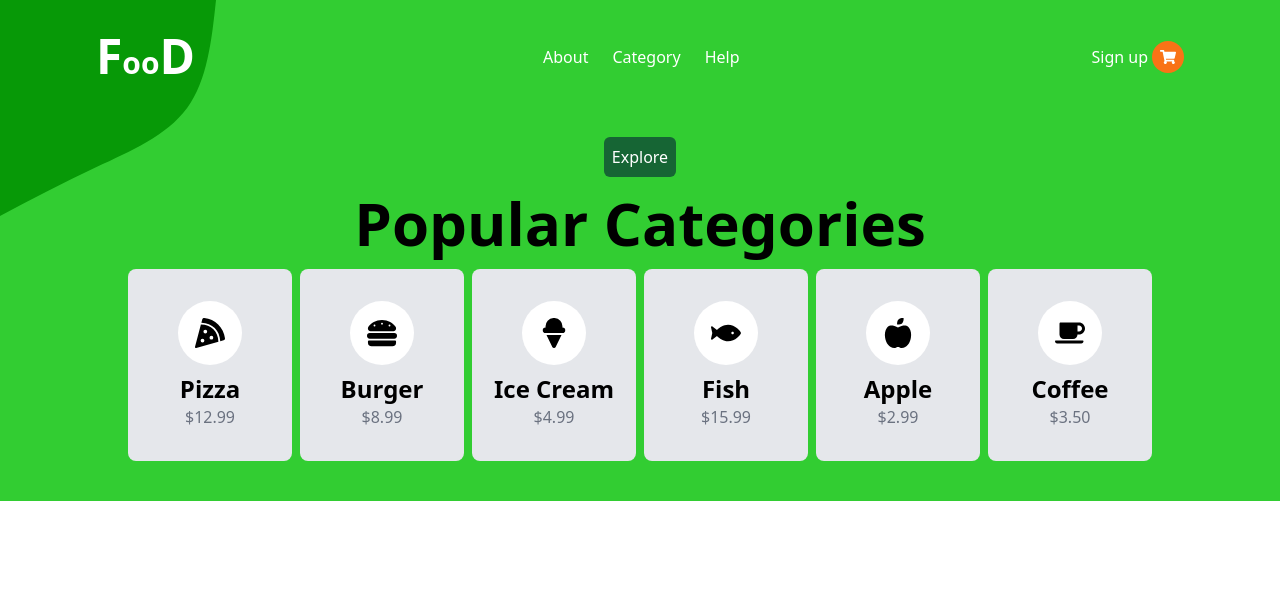
Repository: KhushiCode14/FoodWeb
Page: /category (app in frontend/)
An editor plug-in stored every save of this project. The page is shown before and after the next save, followed by the edit.
The browser window is 1280 px wide. The pictures show the whole page.
The project was rebuilt for these pictures with package versions that can differ from the ones it lists, and the page was loaded fresh each time. Also part of the build but not shown: frontend/src/Pages/Home.tsx, frontend/src/components/Home/SignUp.tsx, frontend/src/components/Home/SignIn.tsx, frontend/src/components/Home/Cart.tsx.

Above is the page before, as saved 2024-09-24 12:22:52.

### frontend/src/index.css
@tailwind base;
@tailwind components;
@tailwind utilities;

.bgBack{
  background-image: url(../src/components/images/background.svg);
}
.bgSignUp{
  background-image:url(../src/components/images/signUpBg.jpeg);
}
.SignUpShadow{
  box-shadow: rgba(0, 0, 0, 0.24) 0px 3px 8px;
}

### frontend/src/App.tsx
import { Route, BrowserRouter as Router, Routes, } from 'react-router-dom';
import './App.css';
import Navbar from './Pages/Navbar';
import Home from './Pages/Home';
import SignUp from './components/Home/SignUp';
import SignIn from './components/Home/SignIn';
import Cart from './components/Home/Cart';
import Category from './components/categories/Category';

function App() {
  return (
    <div className="App bgBack m-0 px-20 pt-2 max-sm:px-3 max-sm:pt-1">
      <Router>
        <Navbar />
        <Routes>
          <Route path="/" element={<Home />} />
          <Route path="/signUp" element={<SignUp />} />
          {/* Sign Up: This action is for new users who want to create an account. */}
          <Route path="/signIn" element={<SignIn />} />
          {/* Sign In: This action is for users who already have an account */}
          <Route path="/cart" element={<Cart />} />
         <Route  path="/category" element={<Category/>} />
          {/*<Route  path="/contact" element={Contact} /> */}
        </Routes>

      </Router>

    </div>
  );
}

export default App;

### frontend/src/Pages/Navbar.tsx
import { NavLink, Link } from "react-router-dom";
import { FaShoppingCart, FaCartPlus } from "react-icons/fa";
import { useState } from "react";
import { IoReorderThreeOutline } from "react-icons/io5";

interface Nav {
  to: string;
  linkName: string;
}

const Navbar: React.FC = () => {
  const [sign, setSign] = useState<string>('Sign up');
  const [menu, setMenu] = useState<boolean>(false);
  const [cart, setCart] = useState<JSX.Element>(<FaShoppingCart />);

  const navLinks: Nav[] = [
    { to: "/about", linkName: "About" },
    { to: "/category", linkName: "Category" },
    { to: "/help", linkName: "Help" },
  ];

  const handleSignToggle = () => {
    setSign((prev) => (prev === 'Sign up' ? 'Sign in' : 'Sign up'));
  };

  const handleCartToggle = () => {
    setCart((prevCart) =>
      prevCart.type === FaShoppingCart ? <FaCartPlus /> : <FaShoppingCart />
    );
  };

  return (
    <div className="mt-2 flex justify-between items-center text-white  p-4">
      <div className="font-bold text-3xl">
        <Link to="/">
          <span className="text-5xl">F</span>oo<span className="text-5xl">D</span>
        </Link>
      </div>

      {/* Desktop Menu */}
      <div className="hidden md:flex">
        {navLinks.map((link, index) => (
          <Link key={index} to={link.to} className="mx-3 hover:text-gray-400">
            {link.linkName}
          </Link>
        ))}
      </div>

      {/* Mobile Menu Button */}
      <div className="flex items-center relative">
        <button className="hidden md:block">
          <NavLink to="/signUp" onClick={handleSignToggle} className="m-1">
            {sign}
          </NavLink>
        </button>

        <div onClick={handleCartToggle} className="bg-orange-500 p-2 rounded-full cursor-pointer">
         <Link to="/cart"> {cart}</Link>
        </div>

        <div className="md:hidden flex items-center ml-3">
          <IoReorderThreeOutline onClick={() => setMenu(!menu)} className="text-2xl cursor-pointer" />
        </div>
      </div>

      {/* Mobile Dropdown Menu */}
      {menu && (
        <div className="md:hidden mt-2 absolute right-0 w-40 bg-orange-500  p-2 rounded-lg z-10 top-20">
          <ul className="flex flex-col">
            {navLinks.map((link, index) => (
              <li key={index} className="my-1">
                <Link to={link.to} className="block px-4 py-2 text-white text-1xl  hover:bg-orange-800 rounded">
                  {link.linkName}
                </Link>
              </li>
            ))}
          </ul>
        </div>
      )}
    </div>
  );
};

export default Navbar;

### frontend/src/components/categories/Category.tsx
import React from 'react'
import Card from './Card'

const Category = () => {
  return (
    <div className='flex flex-col p-10  gap-4 items-center justify-center'>
      <div className='flex-1 bg-green-800 text-white p-2 rounded-md'><button>Explore</button></div>
      <div className='flex-1 text-6xl font-bold' ><h1>Popular Categories</h1></div>
      {/* cards */}
      <div className='flex-1'>
       <Card/>
      </div>
    </div>
  )
}

export default Category

### frontend/src/components/categories/Card.tsx
import React from 'react'
import { FaPizzaSlice, FaHamburger, FaIceCream,  FaCoffee, FaAppleAlt, FaFish } from 'react-icons/fa';
interface FoodItem {
  id: number;
  name: string;
  price: number;
  icon: JSX.Element;
}
const foodItems: FoodItem[] = [
  {
    id: 1,
    name: 'Pizza',
    price: 12.99,
    icon: <FaPizzaSlice />,
  },
  {
    id: 2,
    name: 'Burger',
    price: 8.99,
    icon: <FaHamburger />,
  },
  {
    id: 3,
    name: 'Ice Cream',
    price: 4.99,
    icon: <FaIceCream />,
  }
  ,
  {
    id: 4,
    name: 'Fish',
    price: 15.99,
    icon: <FaFish />,
  },
  {
    id: 5,
    name: 'Apple',
    price: 2.99,
    icon: <FaAppleAlt />,
  },
  {
    id: 6,
    name: 'Coffee',
    price: 3.50,
    icon: <FaCoffee />,
  },
  // {
  //   id: 7,
  //   name: 'Hot Dog',
  //   price: 5.49,
  //   icon: <FaHotdog />,
  // },
  // {
  //   id: 8,
  //   name: 'Chicken Drumstick',
  //   price: 9.99,
  //   icon: <FaDrumstickBite />,
  // },
];

const Card: React.FC = () => {

  return (
    <div className=" flex gap-2 ">
      {foodItems.map((item) => (
      <div
      key={item.id}
      className="bg-gray-200 p-3 flex flex-col items-center justify-center w-[164px] h-48 rounded-lg"
    >
      <div className="icon rounded-full bg-white p-2 flex items-center justify-center w-16 h-16 text-3xl">
        {item.icon}
      </div>
      <h3 className="mt-2 text-center font-bold text-2xl">{item.name}</h3>
      <p className="text-center text-gray-500">${item.price.toFixed(2)}</p>
    </div>

      ))}
    </div>
  )
}

export default Card

### frontend/tailwind.config.js
/** @type {import('tailwindcss').Config} */
module.exports = {
  content: [
    "./src/**/*.{js,jsx,ts,tsx}",
  ],
  theme: {
    extend: {
      fontFamily: {
        'cursive': ['Pacifico', 'cursive']
      }
    },
  },
  plugins: [],
}

Loaded but not shown: frontend/public/index.html (common file); frontend/src/index.tsx (common file); frontend/src/reportWebVitals.ts (common file); frontend/src/App.css (no stored copy; drawn as an empty file)

After the next save:
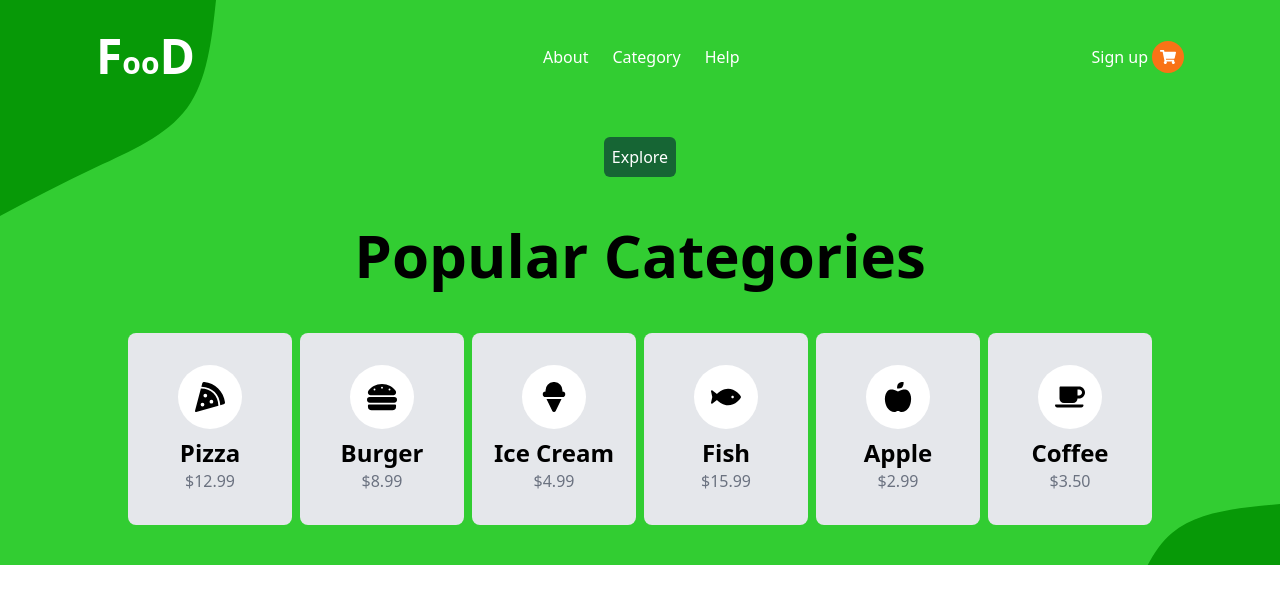
Saved 31 s later.
--- a/frontend/src/components/categories/Category.tsx
+++ b/frontend/src/components/categories/Category.tsx
@@ -5,7 +5,7 @@ const Category = () => {
   return (
     <div className='flex flex-col p-10  gap-4 items-center justify-center'>
       <div className='flex-1 bg-green-800 text-white p-2 rounded-md'><button>Explore</button></div>
-      <div className='flex-1 text-6xl font-bold' ><h1>Popular Categories</h1></div>
+      <div className='flex-1 text-6xl font-bold m-8' ><h1>Popular Categories</h1></div>
       {/* cards */}
       <div className='flex-1'>
        <Card/>
